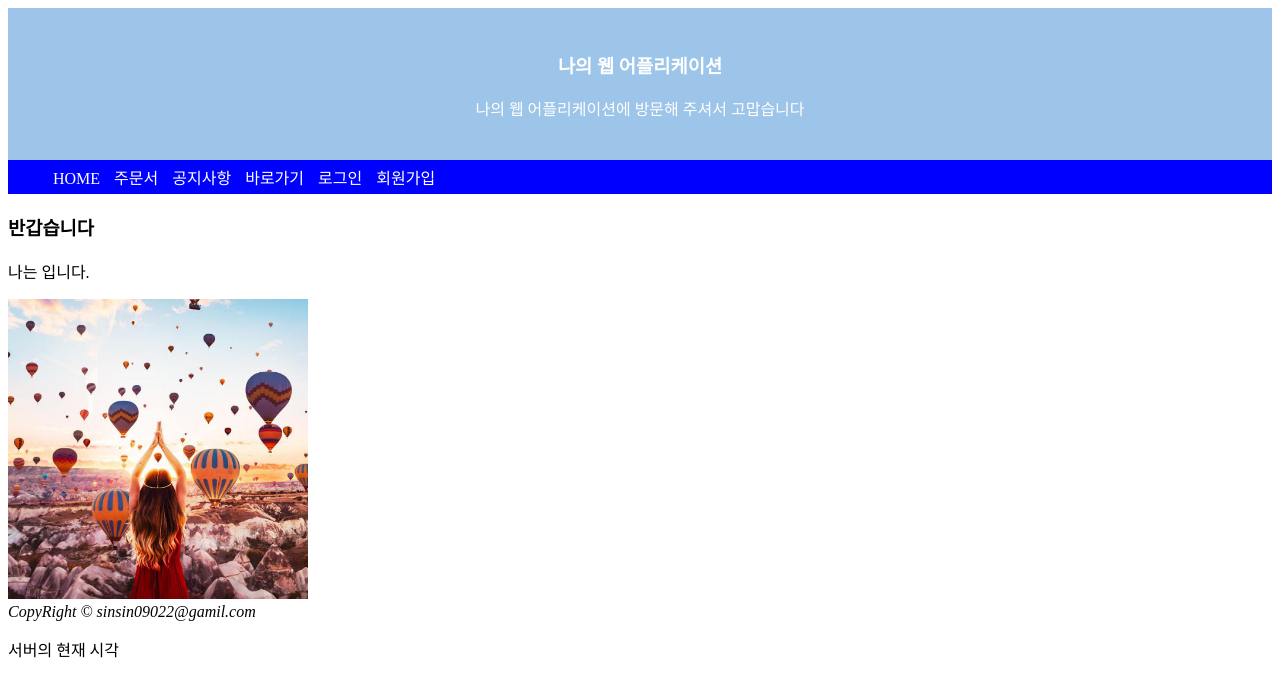
Repository: haetsalshin/Biz_506_2020_07_SpringMVC
Page: http://localhost/SpMVC_001_Order/WEB-INF/views/home2.jsp
The author's editor kept a copy of each file at every save. The page is drawn from the files as they stood at one save, then again after the next save.
The browser window is 1280 px wide. The pictures show the whole page.
The page is served by Tomcat 9. Nobody is signed in. Other server files are loaded and not shown. The template is opened directly, without the code that normally fills it, so the values that code supplies are empty.

Above is the page before, as saved 2020-07-30 02:19:58.

### SpMVC_001_Order/src/main/webapp/WEB-INF/views/home2.jsp
<%@ page language="java" contentType="text/html; charset=UTF-8"
    pageEncoding="UTF-8"%>
<!DOCTYPE html>
<html>
<head>
<meta charset="UTF-8">
<!--  특수문자는 화면을 읽는 게 인식을 하지 못하므로 접근성 테스트에서 통과하지 못한다.
	  따라서 웬만하면 특수문자 쓰지 말것
 -->
<title>나의 홈페이지</title>
<!--  이 파일은 stylesheet구조다.요즘에는 type을 사용하지 않지만 어떤 곳은 명시 해야만 해야되기도 한다. -->
<!--  내가 어제 navi와 header부분 디자인 만들어 놓은 것을 그대로 불러와서 적용하는 것. -->
<link rel ="stylesheet" href = "resources/css/main.css" type ="text/css" >
</head>
<body>
	<%@ include file = "/WEB-INF/views/include/include-header.jspf" %>
	<%@ include file= "/WEB-INF/views/include/include-nav.jspf" %>

	<section>
	<h3>반갑습니다</h3>
	<p>나는 ${page} 입니다.</p>

	</section>
	<section>
		<img src ="resources/images/turkey.jpg" alt ="터키 사진" width="300px" >


	</section>

	<footer>
		<address>CopyRight &copy; sinsin09022@gamil.com</address>
	</footer>

	<p>서버의 현재 시각 ${serverTime}</p>
</body>
</html>

### SpMVC_001_Order/src/main/webapp/WEB-INF/views/include/include-header.jspf
<%@ page language="java" contentType="text/html; charset=UTF-8"
    pageEncoding="UTF-8"%>

<header>
	<h3>나의 웹 어플리케이션</h3>
	<P>나의 웹 어플리케이션에 방문해 주셔서 고맙습니다</P>
</header>

### SpMVC_001_Order/src/main/webapp/WEB-INF/views/include/include-nav.jspf
<%@ page language="java" contentType="text/html; charset=UTF-8"
    pageEncoding="UTF-8"%>
<nav>
	<ul>
		<li><a href="#">HOME</a></li>
		<li><a href="#">주문서</a></li>
		<li><a href="#">공지사항</a></li>
		<li><a href="#">바로가기</a></li>
		<li><a href="#">로그인</a></li>
		<li><a href="#">회원가입</a></li>
	</ul>
</nav>

### SpMVC_001_Order/src/main/webapp/resources/css/main.css
@charset "UTF-8";

        /*
        style 지정할 때 사용하는 단위
        px, pt, dp, em, rem 등등...

        rem(em) : box내부에 문자열 content 있을 때 content 문자열 중에 가장 큰 문자열을 기준으로
            배율을 정하라

        */

        header {
            background-color: rgb(157, 196, 233);
            color: white;
            padding: 1.5rem;
            text-align: center;
        }

        nav {

            background-color: blue;

        }
        ul {
            margin: 0;
        }

        li{
            display: inline-block;
            padding: 5px;
            background-color: blue;
            color: white;
            cursor: pointer;
        }
        li:hover {
            background-color: teal;
            color: white;
        }
        /*
            text-decoration : anchar tag는 특성상 문자열에 밑줄과 같은 속성이 지정된다.
                이 속성을 모두 없애서 디자인이 흐트러지는 것을 방지할 수 있다.
        */
        a{
            color: white;
            text-decoration: none;
        }

After the next save:
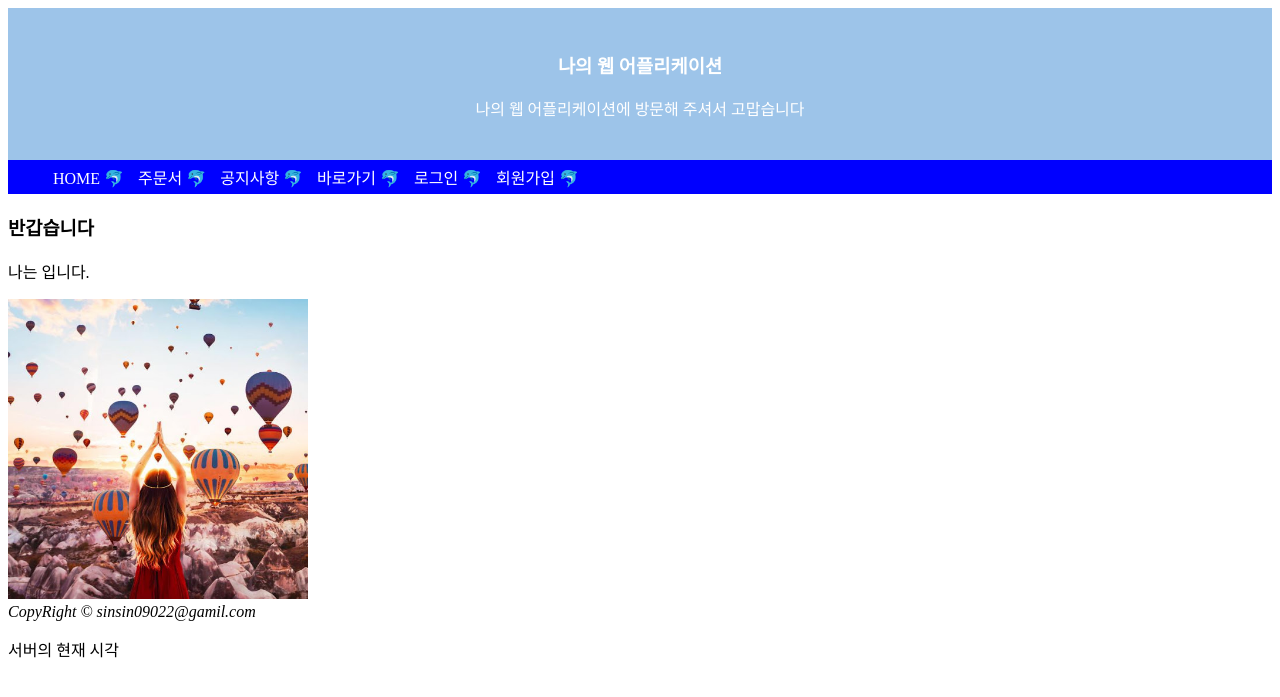
Saved 45 s later.
--- a/SpMVC_001_Order/src/main/webapp/WEB-INF/views/include/include-nav.jspf
+++ b/SpMVC_001_Order/src/main/webapp/WEB-INF/views/include/include-nav.jspf
@@ -2,11 +2,11 @@
     pageEncoding="UTF-8"%>
 <nav>
 	<ul>
-		<li><a href="#">HOME</a></li>
-		<li><a href="#">주문서</a></li>
-		<li><a href="#">공지사항</a></li>
-		<li><a href="#">바로가기</a></li>
-		<li><a href="#">로그인</a></li>
-		<li><a href="#">회원가입</a></li>
+		<li><a href="#">HOME &#128044;	</a></li>
+		<li><a href="#">주문서 &#128044;</a></li>
+		<li><a href="#">공지사항 &#128044;</a></li>
+		<li><a href="#">바로가기 &#128044;</a></li>
+		<li><a href="#">로그인 &#128044;</a></li>
+		<li><a href="#">회원가입 &#128044;</a></li>
 	</ul>
 </nav>
